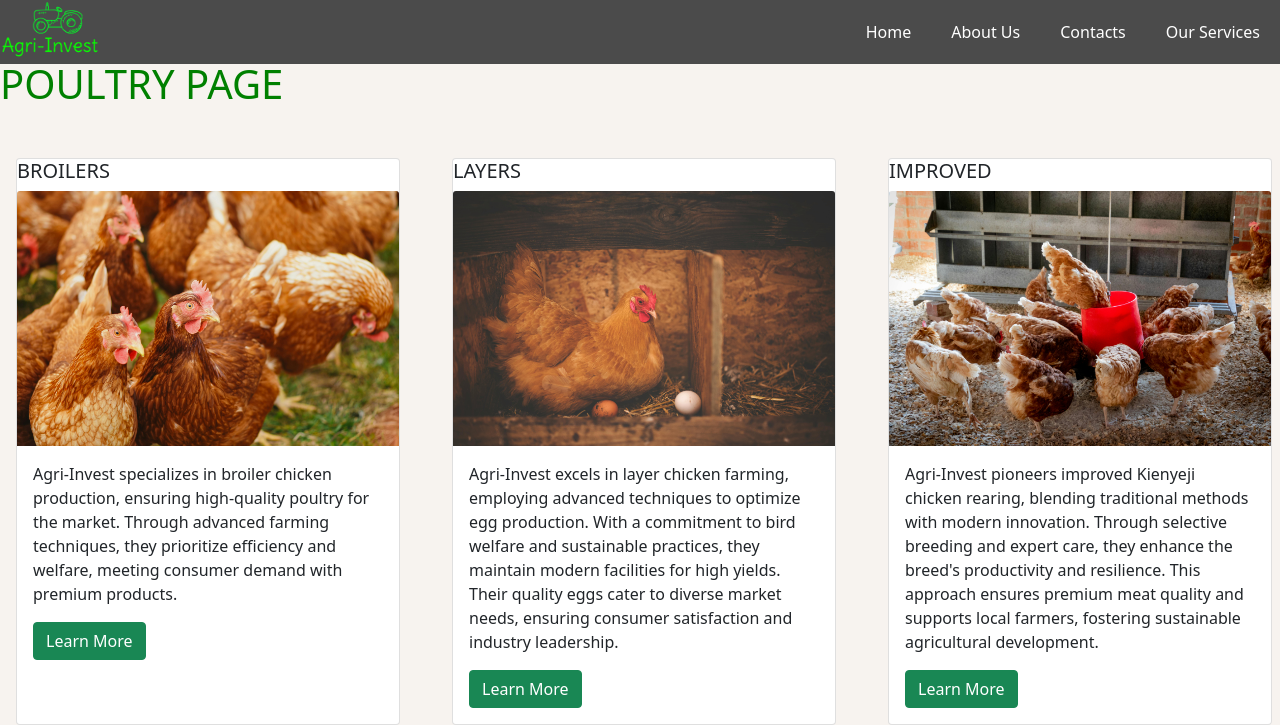
Repository: Allevandrose/Agri-invest
Page: poultry.html
These files come from the project's save history. The page is drawn as it stood at one moment and after a run of saves; the edit follows.
The browser window is 1280 px wide. The pictures show the whole page.

Above is the page before, as saved 2024-04-13 15:51:25.

### poultry.html
<!DOCTYPE html>
<html lang="en">

<head>
    <meta charset="UTF-8">
    <link href="https://cdn.jsdelivr.net/npm/bootstrap@5.0.2/dist/css/bootstrap.min.css" rel="stylesheet" integrity="sha384-EVSTQN3/azprG1Anm3QDgpJLIm9Nao0Yz1ztcQTwFspd3yD65VohhpuuCOmLASjC" crossorigin="anonymous">
    <meta name="viewport" content="width=device-width, initial-scale=1.0">
    <link rel="stylesheet" href="poultry.css">
    <title>Document</title>
</head>

<body>
    <h1 class="h1">POULTRY PAGE</h1>
    <!-- nav bar -->
    <nav>
        <div class="nav1">
            <img src="poultry images/logo.png" alt="logo" class="logo">
        </div>
        <div class="nav2">
            <div><a href="#">Home</a></div>
            <div><a href="#">About Us</a></div>
            <div><a href="#">Contacts</a></div>
            <div><a href="#">Our Services</a></div>
        </div>
    </nav>

    <div class="card-container d-flex flex-row">
        <div class="card mr-2" style="width: 24rem;">
            <h5 class="card-title"> BROILERS</h5>
            <img src="poultry images/chick1.jpg" class="card-img-top" alt="...">
            <div class="card-body">
                <p class="card-text">Agri-Invest specializes in broiler chicken production, ensuring high-quality poultry for the market. Through advanced farming techniques, they prioritize efficiency and welfare, meeting consumer demand with premium products. </p>
                <a href="#" class="btn btn-success">Learn More</a>
            </div>
        </div>
        <div class="card mr-2" style="width: 24rem;">
            <h5 class="card-title">LAYERS</h5>
            <img src="poultry images/chick2.jpg" class="card-img-top" alt="...">
            <div class="card-body">
                <p class="card-text">Agri-Invest excels in layer chicken farming, employing advanced techniques to optimize egg production. With a commitment to bird welfare and sustainable practices, they maintain modern facilities for high yields. Their quality eggs cater
                    to diverse market needs, ensuring consumer satisfaction and industry leadership.</p>
                <a href="#" class="btn btn-success">Learn More</a>
            </div>
        </div>
        <div class="card mr-2" style="width: 24rem;">
            <h5 class="card-title">IMPROVED</h5>
            <img src="poultry images/chick3.jpg" class="card-img-top" alt="...">
            <div class="card-body">

                <p class="card-text">Agri-Invest pioneers improved Kienyeji chicken rearing, blending traditional methods with modern innovation. Through selective breeding and expert care, they enhance the breed's productivity and resilience. This approach ensures premium
                    meat quality and supports local farmers, fostering sustainable agricultural development.</p>
                <a href="#" class="btn btn-success">Learn More</a>
            </div>
        </div>




        <!-- script tag -->
        <script src="https://cdn.jsdelivr.net/npm/bootstrap@5.0.2/dist/js/bootstrap.bundle.min.js" integrity="sha384-MrcW6ZMFYlzcLA8Nl+NtUVF0sA7MsXsP1UyJoMp4YLEuNSfAP+JcXn/tWtIaxVXM" crossorigin="anonymous"></script>
</body>

</html>

### poultry.css
body {
    background-color: rgb(247, 243, 239);
}

.h1 {
    color: green;
    margin-top: 60px;
}

.card-container {
    display: flex;
    flex-wrap: wrap;
    justify-content: space-between;
    margin-left: 16px;
    margin-right: 8px;
}

nav {
    position: fixed;
    top: 0;
    z-index: 1;
    width: 100%;
    background-color: #4b4b4b;
    display: flex;
    justify-content: space-between;
    flex-wrap: wrap;
}

.logo {
    width: 40%;
}

.nav2 {
    display: flex;
    flex-direction: row;
    justify-content: space-evenly;
    align-items: center;
    flex-wrap: wrap;
}

.nav2 a {
    display: flex;
    color: white;
    align-items: center;
    text-decoration: none;
    padding: 20px;
}

.nav2 a:hover {
    color: rgb(17, 235, 17);
}

.card-container {
    margin-top: 50px;
}

After the next 3 saves:
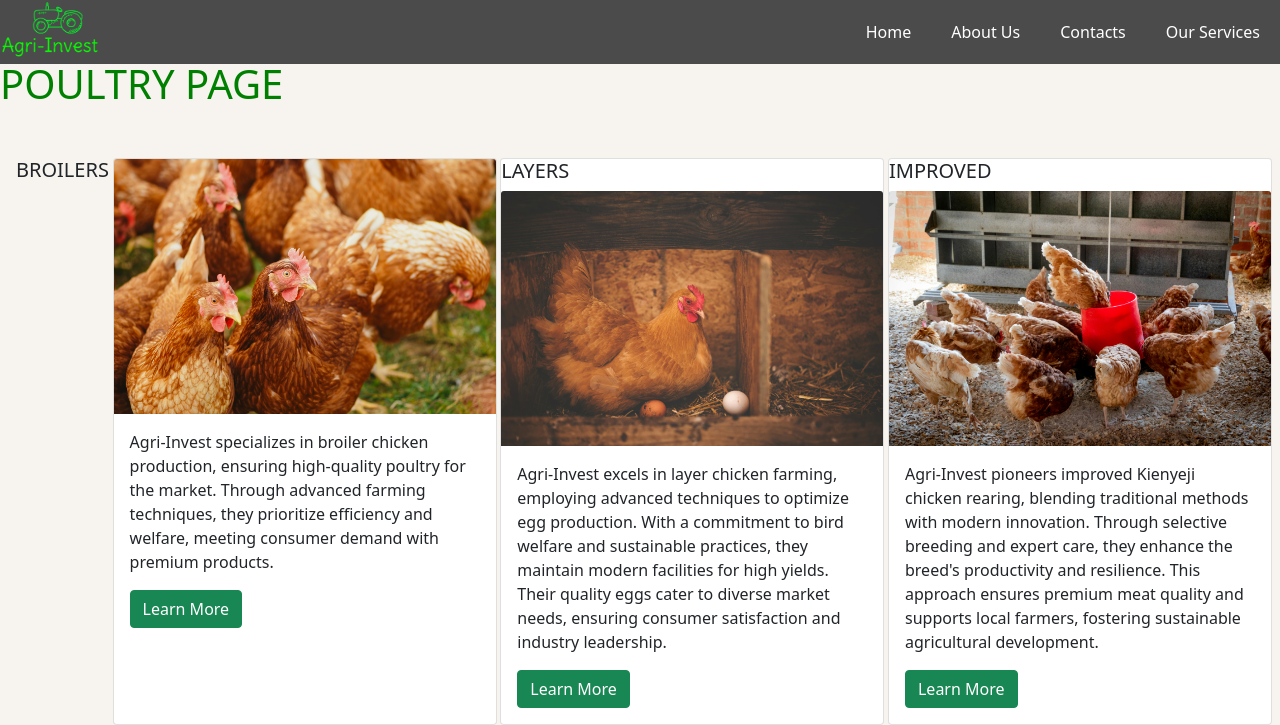
The 3 saves are shown as one change because they came seconds apart.
The last was saved 39 s later.
--- a/poultry.html
+++ b/poultry.html
@@ -25,8 +25,9 @@
     </nav>
 
     <div class="card-container d-flex flex-row">
+        <h5 class="card-title"> BROILERS</h5>
         <div class="card mr-2" style="width: 24rem;">
-            <h5 class="card-title"> BROILERS</h5>
+
             <img src="poultry images/chick1.jpg" class="card-img-top" alt="...">
             <div class="card-body">
                 <p class="card-text">Agri-Invest specializes in broiler chicken production, ensuring high-quality poultry for the market. Through advanced farming techniques, they prioritize efficiency and welfare, meeting consumer demand with premium products. </p>
